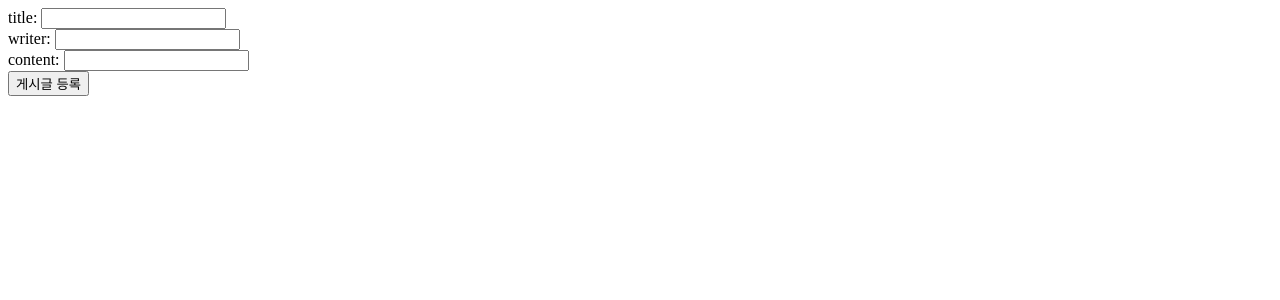
Repository: dfhdfhdfsza/myjsp
Page: http://localhost/_myjsp/brd/register
These files come from the project's save history. The page is drawn as it stood at one moment and after the next save; the edit follows.
The browser window is 1280 px wide. The pictures show the whole page.
The page is served by Tomcat 9. Other server files are loaded and not shown.

Above is the page before, as saved 2023-09-21 07:20:15.

### _myjsp/src/main/webapp/board/register.jsp
<%@ page language="java" contentType="text/html; charset=UTF-8"
    pageEncoding="UTF-8"%>
<!DOCTYPE html>
<html>
<head>
<meta charset="UTF-8">
<title>Insert title here</title>
</head>
<body>
	<form action="/brd/edit">
		title: <input type="text" name="title"> <br>
		writer: <input type="text" name="writer"> <br>
		content: <input type="text" name="content"> <br>
		<button type="submit">게시글 등록</button>
	</form>
</body>
</html>

### _myjsp/src/main/java/controller/boardController.java
package controller;

import java.io.IOException;

import javax.servlet.RequestDispatcher;
import javax.servlet.ServletException;
import javax.servlet.annotation.WebServlet;
import javax.servlet.http.HttpServlet;
import javax.servlet.http.HttpServletRequest;
import javax.servlet.http.HttpServletResponse;

import org.slf4j.Logger;
import org.slf4j.LoggerFactory;

import service.boardService;
import service.boardServiceImpl;


@WebServlet("/brd/*")
public class boardController extends HttpServlet {
	private static final long serialVersionUID = 1L;
	//로그기록 객체 생성
	private static final Logger log=LoggerFactory.getLogger(boardController.class);

	private RequestDispatcher rdp; //jsp에서 받은 요청을 처리,결과를 다른 jsp로 보내는 역할을 하는 객체
	private String destPage; //목적지 주소 기록 변수
	private int isOk; //DB의 구문 체크 값 저장

    private boardService bsv;

    public boardController()
    {
       bsv= new boardServiceImpl();

    }


	protected void service(HttpServletRequest request, HttpServletResponse response) throws ServletException, IOException
	{
		request.setCharacterEncoding("utf-8");
		response.setCharacterEncoding("utf-8");
		response.setContentType("text/html; charset=UTF-8");

		String uri=request.getRequestURI();
		log.info(uri);
		String path=uri.substring(uri.lastIndexOf("/")+1);
		log.info(path);
		switch (path)
		{
		case "register":
			destPage="/board/register.jsp";
			break;

		}

		rdp=request.getRequestDispatcher(destPage);
		rdp.forward(request, response);

	}


	protected void doGet(HttpServletRequest request, HttpServletResponse response) throws ServletException, IOException
	{
		service(request, response);
	}


	protected void doPost(HttpServletRequest request, HttpServletResponse response) throws ServletException, IOException
	{
		service(request, response);
	}

}

### _myjsp/src/main/java/service/boardServiceImpl.java
package service;

public class boardServiceImpl implements boardService
{


}

After the next save:
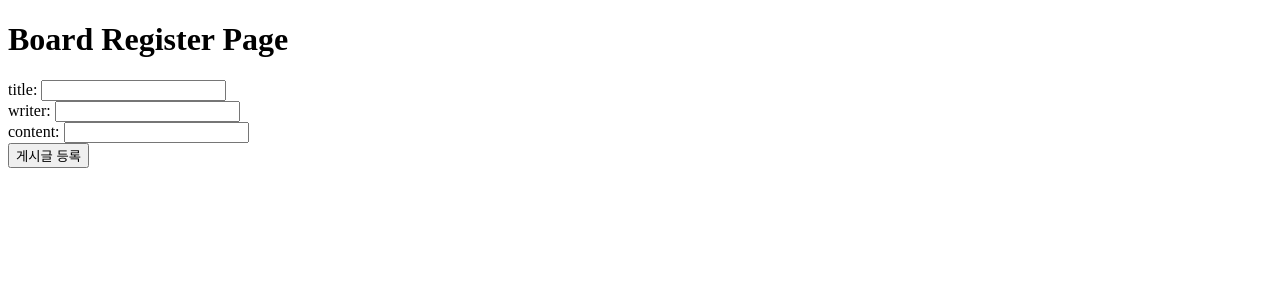
Saved 17 s later.
--- a/_myjsp/src/main/webapp/board/register.jsp
+++ b/_myjsp/src/main/webapp/board/register.jsp
@@ -7,6 +7,7 @@
 <title>Insert title here</title>
 </head>
 <body>
+	<h1>Board Register Page</h1>
 	<form action="/brd/edit">
 		title: <input type="text" name="title"> <br>
 		writer: <input type="text" name="writer"> <br>
